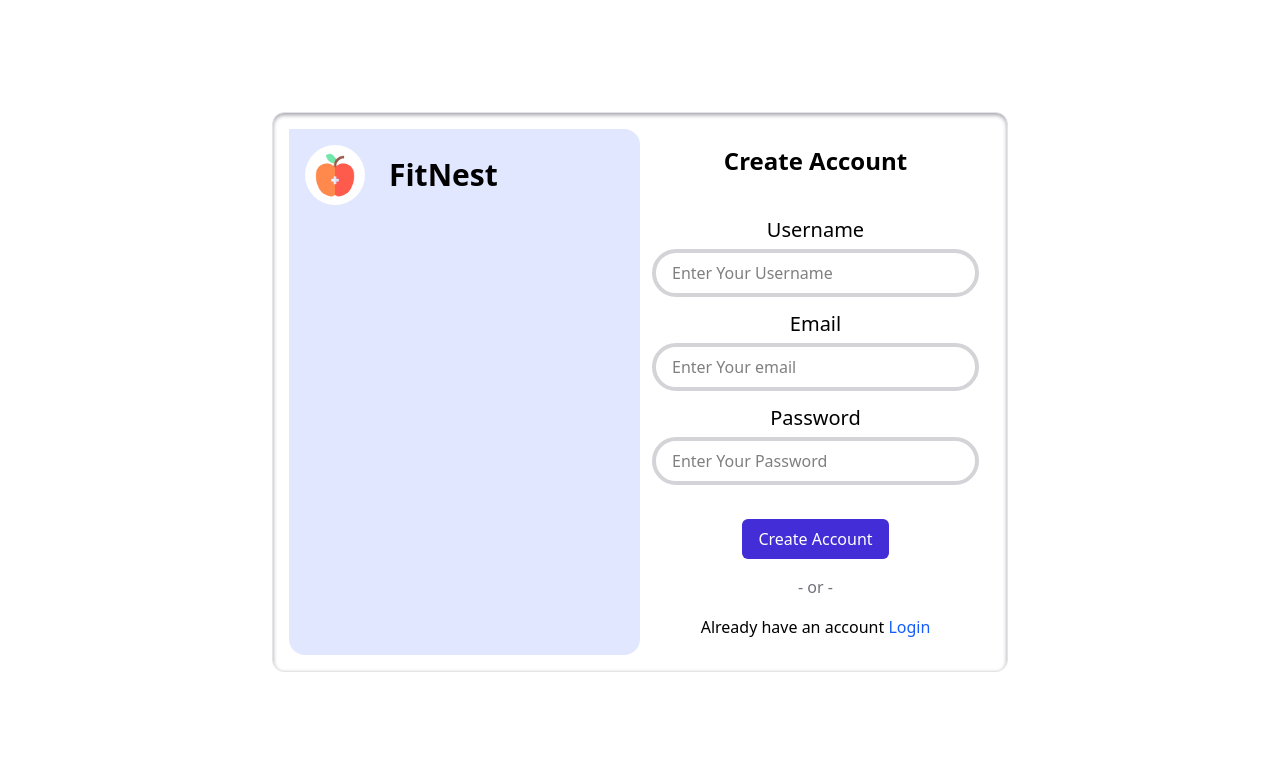
Repository: aryan151pratap/FitPanda
Page: / (app in frontened/)
These files come from the project's save history. The page is drawn as it stood at one moment and after the next save; the edit follows.
The browser window is 1280 px wide. The pictures show the whole page.
The project was rebuilt for these pictures with package versions that can differ from the ones it lists, and the page was loaded fresh each time. Also part of the build but not shown: frontened/vite.config.js, frontened/src/login/login.jsx.

Above is the page before, as saved 2025-06-03 23:08:05.

After the next save:
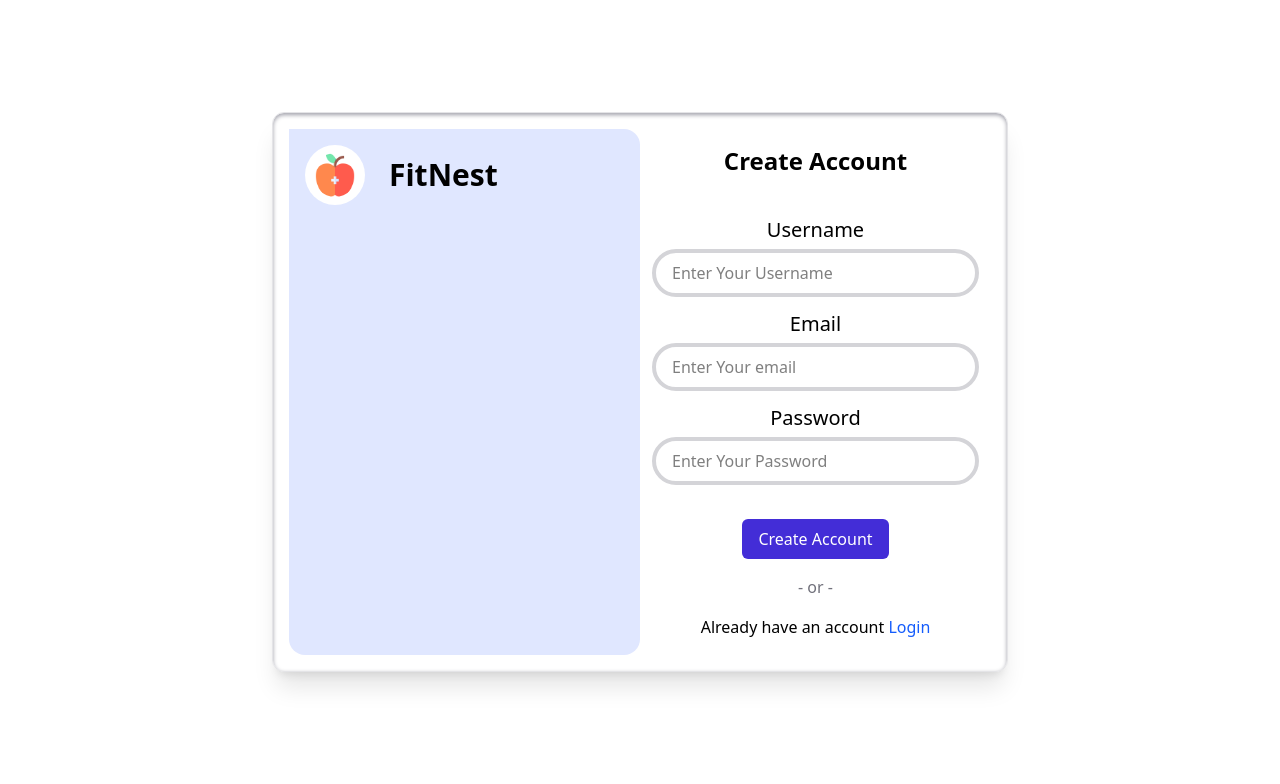
Saved 9 s later.
--- a/frontened/src/login/sign_up.jsx
+++ b/frontened/src/login/sign_up.jsx
@@ -6,7 +6,7 @@ function Sign_up(){
 		<>
 		<div className="w-full h-screen px-20 py-20 md:px-60">
 			<div className="w-full h-full">
-				<div className="w-full h-full bg-white grid grid-cols-2 rounded-xl overflow-hidden p-4 border-1 border-zinc-200 inset-shadow-sm inset-shadow-zinc-400">
+				<div className="w-full h-full bg-white grid grid-cols-2 rounded-xl overflow-hidden p-4 border-1 border-zinc-200 shadow-xl inset-shadow-sm inset-shadow-zinc-400">
 					<div className="bg-indigo-100 p-4 text-indigo-300 rounded-b-2xl rounded-tr-2xl flex gap-6">
 						<div className='flex shrink-0'>
 							<img src={apple} alt="" className='h-15 w-15 p-2 bg-white rounded-full'/>
